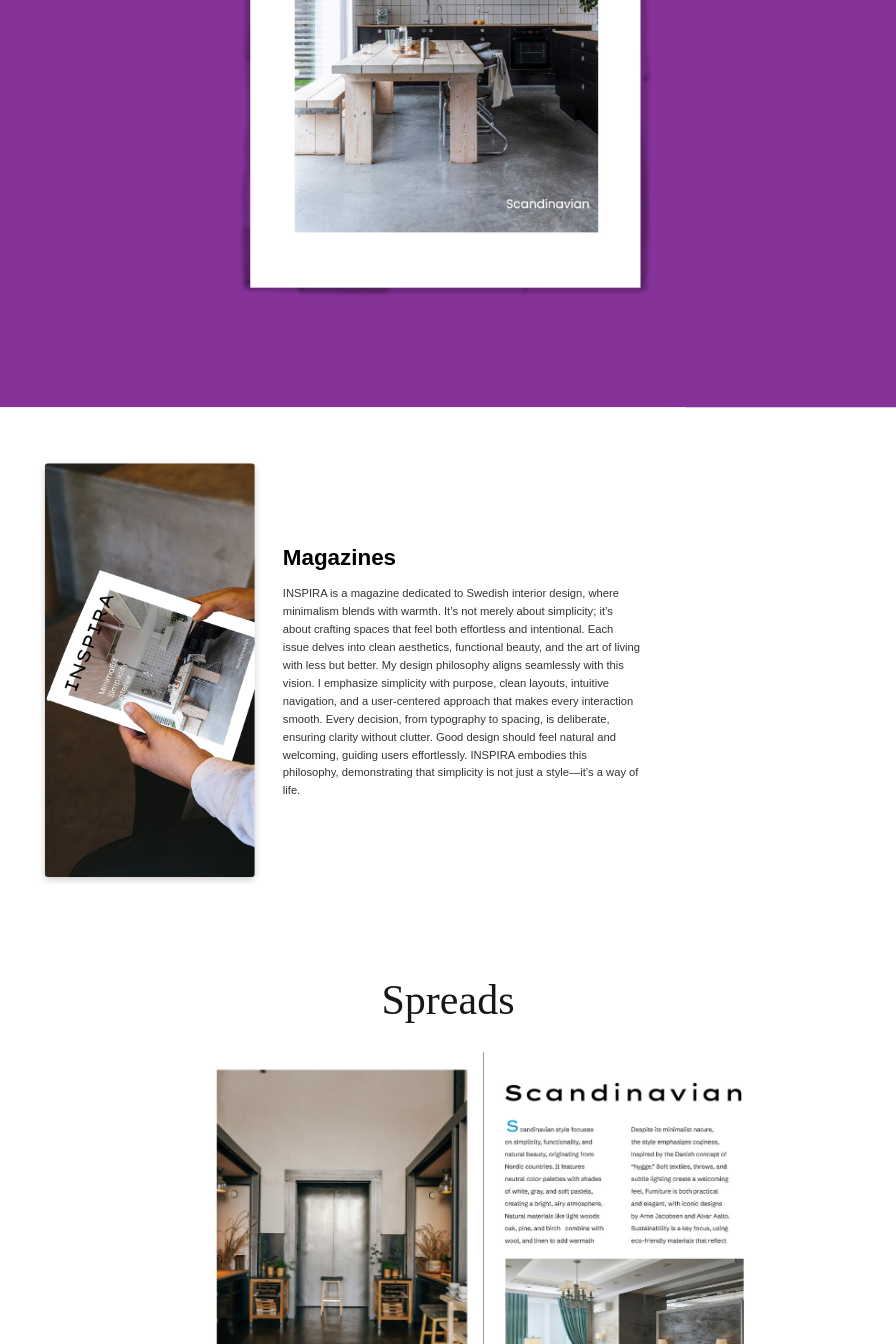
Repository: GavinPahal/portfolios
Page: /magazine
An editor plug-in stored every save of this project. The page is shown before and after the next save, followed by the edit.
The browser window is 1280 px wide. The pictures show the part of the page from y = 807 to 2727 px (the page is 4345 px tall), at 70% of full size.
The project was rebuilt for these pictures with package versions that can differ from the ones it lists, and the page was loaded fresh each time. The framework's server and built-in components were replaced by stand-ins that run in the browser. Also part of the build but not shown: next.config.mjs, components/BackToTop/BackToTop.module.css.

Above is the page before, as saved 2025-02-21 19:07:07.

### pages/magazine.js
import NavBar from "../components/NavBar/NavBar";
import MagazineDescription from "../components/MagazineDescription/MagazineDescription";
import MagazineSpreads from "../components/MagazineSpreads/MagazineSpreads";
import Footer from "../components/Footer/Footer";
import BackToTop from "../components/BackToTop/BackToTop";
import MagazineCover from "../components/MagazineCover/MagazineCover";

const Magazine = () => {
  return (
    <div>
      <NavBar />
      <MagazineCover />
      <MagazineDescription />
      <MagazineSpreads />
      <BackToTop />
      <Footer />
    </div>
  );
};

export default Magazine;

### components/NavBar/NavBar.js
import styles from "./NavBar.module.css";
import Link from "next/link";

const NavBar = () => {
  return (
    <nav className={styles.navbar}>
      <div className={styles.logoContainer}>
        <img src="/images/lgog.png" alt="Logo" className={styles.logo} />
        <span className={styles.name}>Gavin Pahal</span>
      </div>
      <ul className={styles.navLinks}>
        <li><Link href="/">Home</Link></li>
        <li><Link href="/AboutMe">About</Link></li>
        <li><Link href="/case-study">Case Study</Link></li>
      </ul>
    </nav>
  );
};

export default NavBar;

### components/MagazineDescription/MagazineDescription.js
import styles from "./MagazineDescription.module.css";

const MagazineDescription = () => {
  return (
    <section className={styles.magazine}>
      <div className={styles.magazineContainer}>
        <img src="/images/Rectangle 65 (1).png" alt="Magazine Cover" className={styles.coverImage} />
        <div className={styles.textContainer}>
          <h3 className={styles.subheading}>Magazines</h3>
          <p className={styles.description}>
            INSPIRA is a magazine dedicated to Swedish interior design, where minimalism blends with warmth. It’s not
            merely about simplicity; it’s about crafting spaces that feel both effortless and intentional. Each issue
            delves into clean aesthetics, functional beauty, and the art of living with less but better. My design
            philosophy aligns seamlessly with this vision. I emphasize simplicity with purpose, clean layouts, intuitive
            navigation, and a user-centered approach that makes every interaction smooth. Every decision, from
            typography to spacing, is deliberate, ensuring clarity without clutter. Good design should feel natural and
            welcoming, guiding users effortlessly. INSPIRA embodies this philosophy, demonstrating that simplicity is
            not just a style—it’s a way of life.
          </p>
        </div>
      </div>
    </section>
  );
};

export default MagazineDescription;

### components/MagazineSpreads/MagazineSpreads.js
import styles from "./MagazineSpreads.module.css";

const MagazineSpreads = () => {
  return (
    <section className={styles.dielines}>
      <h2 className={styles.title}>Spreads</h2>
      <div className={styles.images}>
        <img src="/images/Screenshot 2025-02-03 042737.png" alt="Tiger Claw Dieline 1" />
        <img src="/images/Screenshot 2025-02-03 042554.png" alt="Tiger Claw Dieline 2" />
        <img src="/images/Screenshot 2025-02-03 042514.png" alt="Tiger Claw Dieline 3" />
      </div>
    </section>
  );
};



export default MagazineSpreads;

### components/Footer/Footer.js
import styles from "./Footer.module.css";

const Footer = () => {
  return (
    <footer className={styles.footer}>
      <div className={styles.container}>
        <p className={styles.name}>Gavin Pahal</p>
        <div className={styles.contact}>
          <span>Contact Info</span>
          <div className={styles.icons}>
            <a href="www.linkedin.com/in/gavin-pahal" target="_blank" rel="noopener noreferrer">
              <img src="/images/LinkedIn (1).png" alt="LinkedIn" />
            </a>
            <a href="mailto:gavinpahal2003@gmail.com">
              <img src="/images/Gmail Logo (1).png" alt="Email" />
            </a>
          </div>
        </div>
      </div>
    </footer>
  );
};

export default Footer;

### components/BackToTop/BackToTop.js
import { useState, useEffect } from "react";
import styles from "./BackToTop.module.css";

const BackToTop = () => {
  const [showScroll, setShowScroll] = useState(false);

  useEffect(() => {
    const handleScroll = () => {
      setShowScroll(window.scrollY > 200);
    };

    window.addEventListener("scroll", handleScroll);
    return () => window.removeEventListener("scroll", handleScroll);
  }, []);

  const scrollToTop = () => {
    window.scrollTo({ top: 0, behavior: "smooth" });
  };

  return (
    showScroll && (
      <div className={styles.scrollContainer} onClick={scrollToTop}>
        <span className={styles.scrollText}>Back to Top</span>
        <div className={styles.underline}></div>
      </div>
    )
  );
};

export default BackToTop;

### components/MagazineCover/MagazineCover.js
import styles from "./MagazineCover.module.css";

const MagazineCover = () => {
  return (
    <section className={styles.hero}>
      <h1 className={styles.title}>MagazineCover</h1>
      <img src="/images/Rectangle 64 (2).png" alt="Magazine Cover" />
    </section>
  );
};

export default MagazineCover;

### components/NavBar/NavBar.module.css
.navbar {
  font-family: "philosopher", "bold";
  display: flex;
  justify-content: space-between;
  align-items: center;
  padding: 15px 40px; /* Slightly wider for 1440px screens */
  background: #863399;
  width: 100%;
}

.logoContainer {
  display: flex;
  align-items: center;
}

.logo {
  width: 65px; /* Slightly increased for visibility */
  margin-right: 12px;
}

.name {
  color: white;
  font-size: 20px; /* Increased for readability */
  font-weight: bold;
}

.navLinks {
  list-style: none;
  display: flex;
  gap: 25px; /* Better spacing for larger screens */
}

.navLinks li a {
  color: white;
  text-decoration: none;
  font-size: 22px; /* Slightly larger for visibility */
}

/* Responsive for smaller screens */
@media (max-width: 430px) {
  .navbar {
    padding: 8px 12px;
  }

  .logo {
    width: 35px;
    margin-right: 5px;
  }

  .name {
    font-size: 12px;
  }

  .navLinks {
    gap: 15px;
  }

  .navLinks li a {
    font-size: 12px;
  }
}

### components/MagazineDescription/MagazineDescription.module.css
.magazine {
  margin-right: 300px;
  padding: 80px 5%;
  background-color: #fff;
}

.title {
  font-size: 3rem;
  font-weight: bold;
  color: #4a2c6d;
  text-align: center;
  margin-bottom: 40px;
}

.magazineContainer {
  display: flex;
  align-items: center;
  justify-content: center;
  gap: 40px;
  max-width: 1200px;
  margin: 0 auto;
}

.coverImage {
  width: 300px;
  height: auto;
  border-radius: 5px;
  box-shadow: 0px 4px 10px rgba(0, 0, 0, 0.2);
}

.textContainer {
  max-width: 600px;
}

/* Typography */
.subheading {
  font-size: 2rem;
  font-weight: bold;
  color: #000;
  margin-bottom: 15px;
}

.description {
  font-size: 1rem;
  line-height: 1.6;
  color: #333;
  text-align: left;
}

/* Responsive styles for iPhone 12 Pro (390px x 844px) */
@media (max-width: 400px) {
  .magazineContainer {
    flex-direction: column; /* Stack image and text */
    text-align: center; /* Center the text */
    padding: 20px; /* Reduce padding for smaller screens */
  }

  .coverImage {
    margin-right: 0; /* Remove large margin */
    width: 100%; /* Make the image fit the screen */
    max-width: 340px; /* Prevent it from being too large */
  }

  .textContainer {
    margin: 0 auto; /* Center the text box */
    max-width: 90%; /* Adjust width for smaller screens */
    margin-top: 20px; /* Add space between image and text */
  }

  .subheading {
    font-size: 38px; /* Reduce title size for better fit */
  }

  .description {
    font-size: 18px; /* Adjust paragraph size */
    text-align: justify; /* Improve readability */
    line-height: 1.8; /* Increase line height for better spacing */
    padding: 0 10px; /* Add slight padding for breathing room */
  }
}

### components/MagazineSpreads/MagazineSpreads.module.css
.dielines {
    text-align: center;
    padding: 50px 20px;
  }

  .title {
    text-align: center;
    font-family: "philosopher", "bold";
    font-size: 60px;
    margin-bottom: 30px;
  }

  .images {
    margin-left: 100px;
    display: flex;
    flex-direction: column;
    align-items: center;
    gap: 100px;
  }

  .images img {
    width: 90%;
    max-width: 800px;
  }

### components/Footer/Footer.module.css
.footer {
  text-align: center;
  padding: 30px 20px;
  border-top: 2px solid black;
  position: relative;
  display: flex;
  justify-content: space-between;
  align-items: center;
}

.container {
  width: 100%;
  display: flex;
  justify-content: space-between;
  align-items: center;
}

.name {
  font-family: "philosopher", "bold";
  font-size: 18px;
  margin: 0; /* Aligns with the top border */
  padding-left: 20px; /* Adds some spacing from the left */
}

.contact {
  font-family: "philosopher", "bold";
  font-size: 16px;
  display: flex;
  align-items: center;
  padding-right: 20px; /* Adds some spacing from the right */
}

.icons {
  display: flex;
  gap: 10px; /* Ensures equal spacing between icons */
  margin-left: 10px; /* Adds spacing between text and icons */
}

.icons img {
  width: 30px;
}

### components/MagazineCover/MagazineCover.module.css
.hero {
    background: #863399;
    text-align: center;
    padding: 60px 20px;
  }

  .title {

    text-align: center;
    padding-top: 50px;
    font-family: "philosopher", "bold";
    color: white;
    font-size: 70px;
  }

  .img {
    max-width: 400px;
    width: 100%;
    margin-top: 20px;
  }

Loaded but not shown: pages/_app.js (common file); pages/_document.js (common file); styles/globals.css (common file); tailwind.config.mjs (common file)

After the next save:
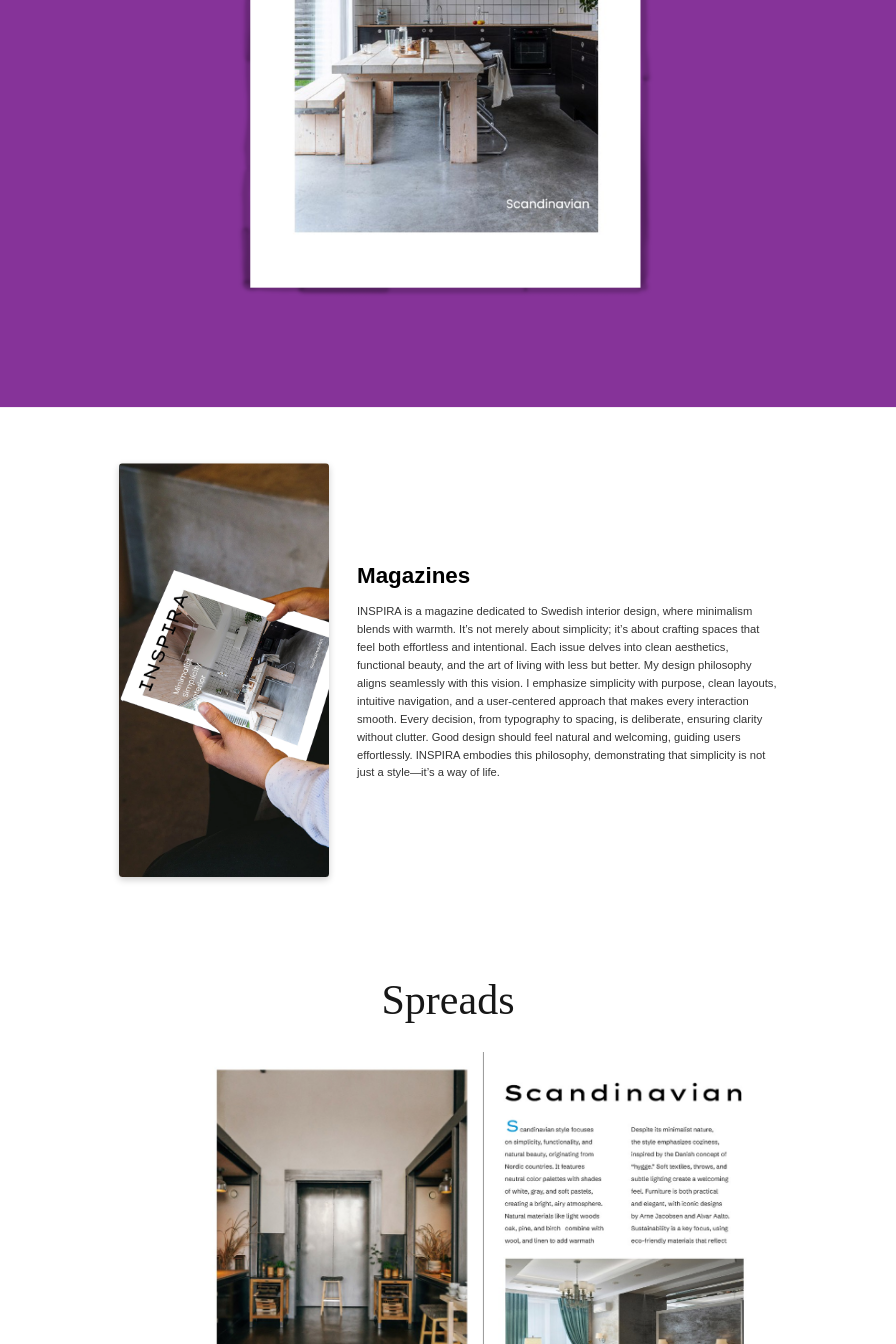
Saved 9 s later.
--- a/components/MagazineDescription/MagazineDescription.module.css
+++ b/components/MagazineDescription/MagazineDescription.module.css
@@ -1,5 +1,4 @@
 .magazine {
-  margin-right: 300px;
   padding: 80px 5%;
   background-color: #fff;
 }
